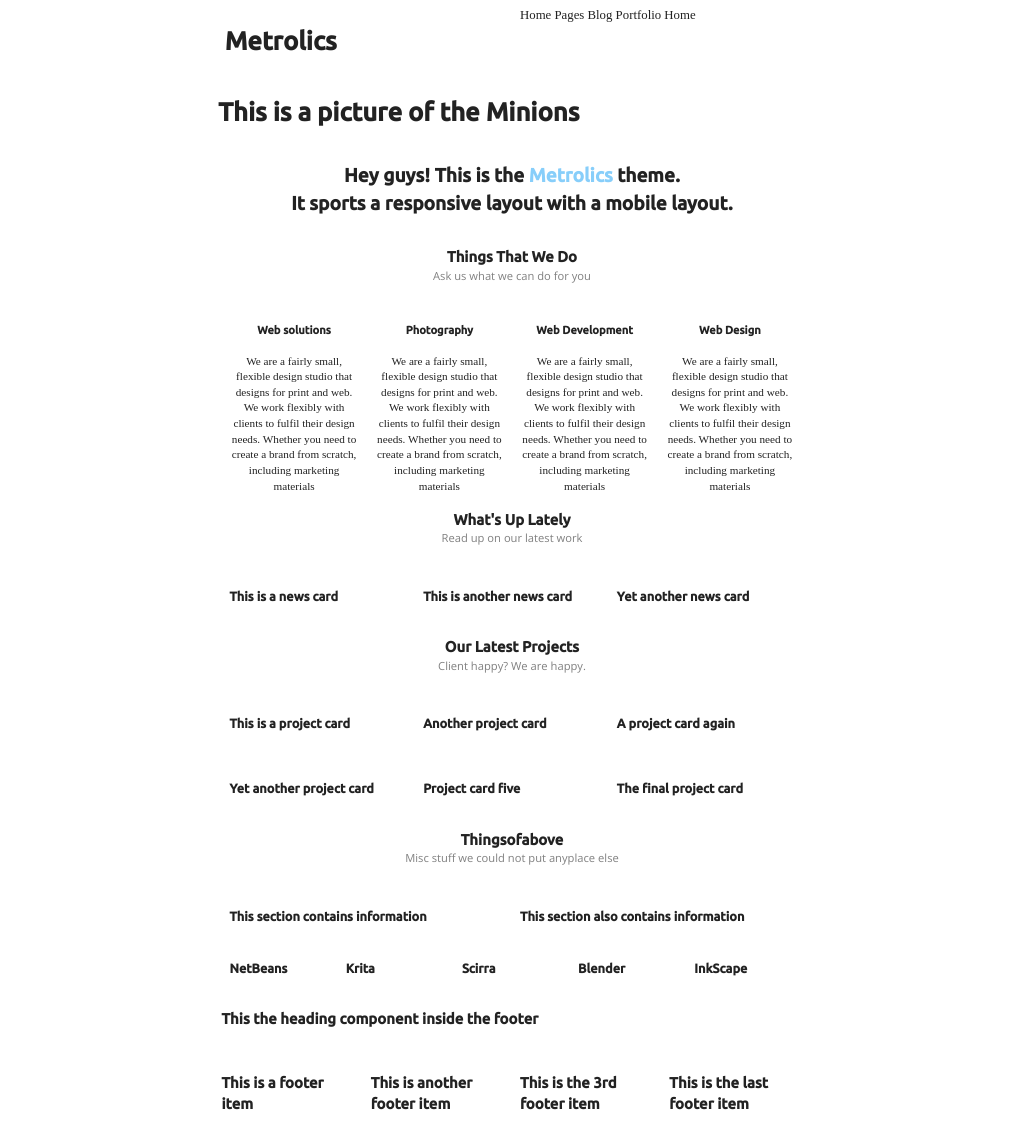
Repository: kennyharman/Marlowe_Kenny_Lab_02B
Page: index.html
These files come from the project's save history. The page is drawn as it stood at one moment and after the next save; the edit follows.
The browser window is 1280 px wide. The pictures show the whole page, at 80% of full size.

Above is the page before, as saved 2024-02-05 15:32:24.

After the next save:
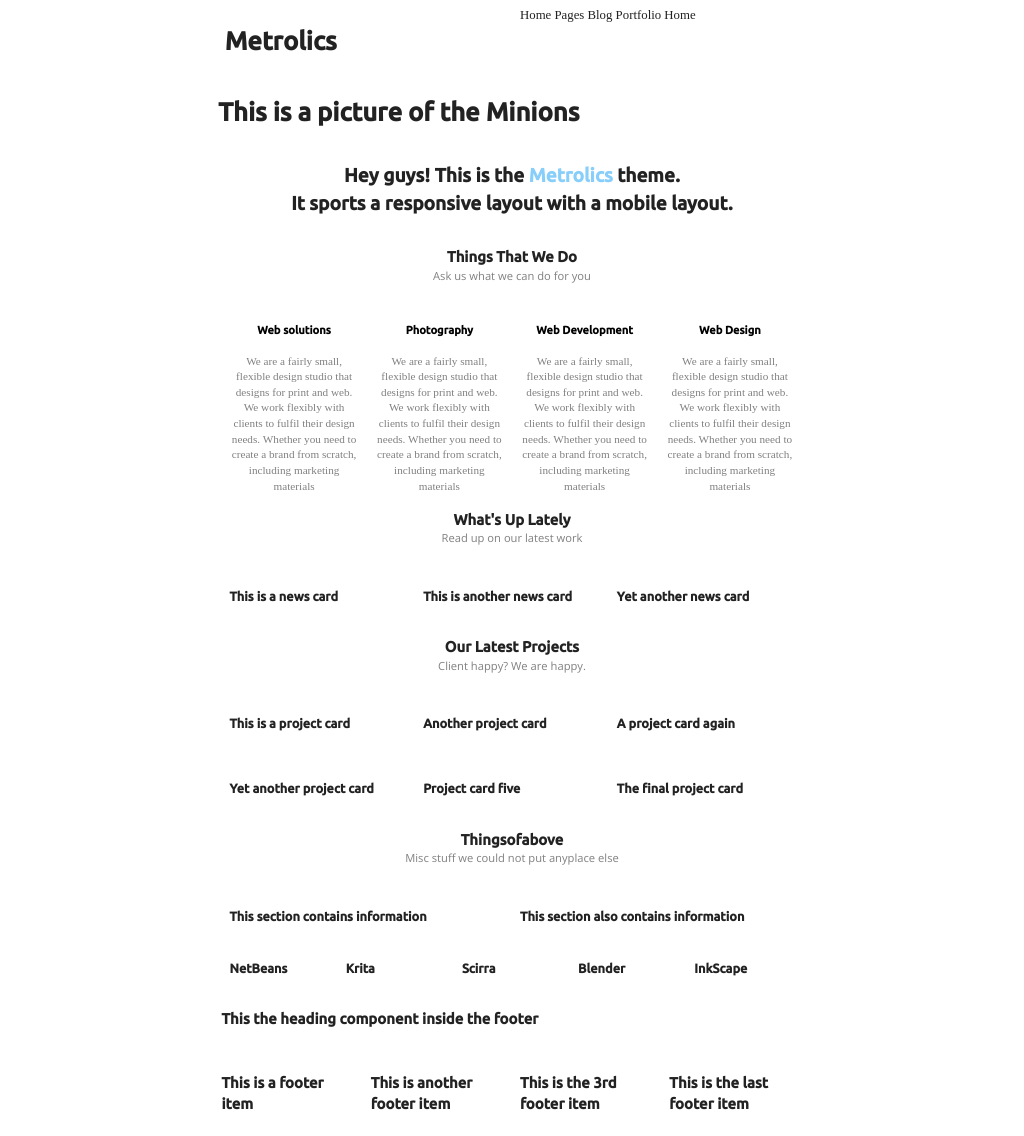
Saved 37 s later.
--- a/css/style.css
+++ b/css/style.css
@@ -322,10 +322,11 @@ p {
   text-align: center;
   font-size: 14px;
   padding: 0px;
-}
-
-.services-card > p {
   color: grey;
+}
+
+.services-card > h4 {
+  color: black;
 }
 
 /* Small only */
